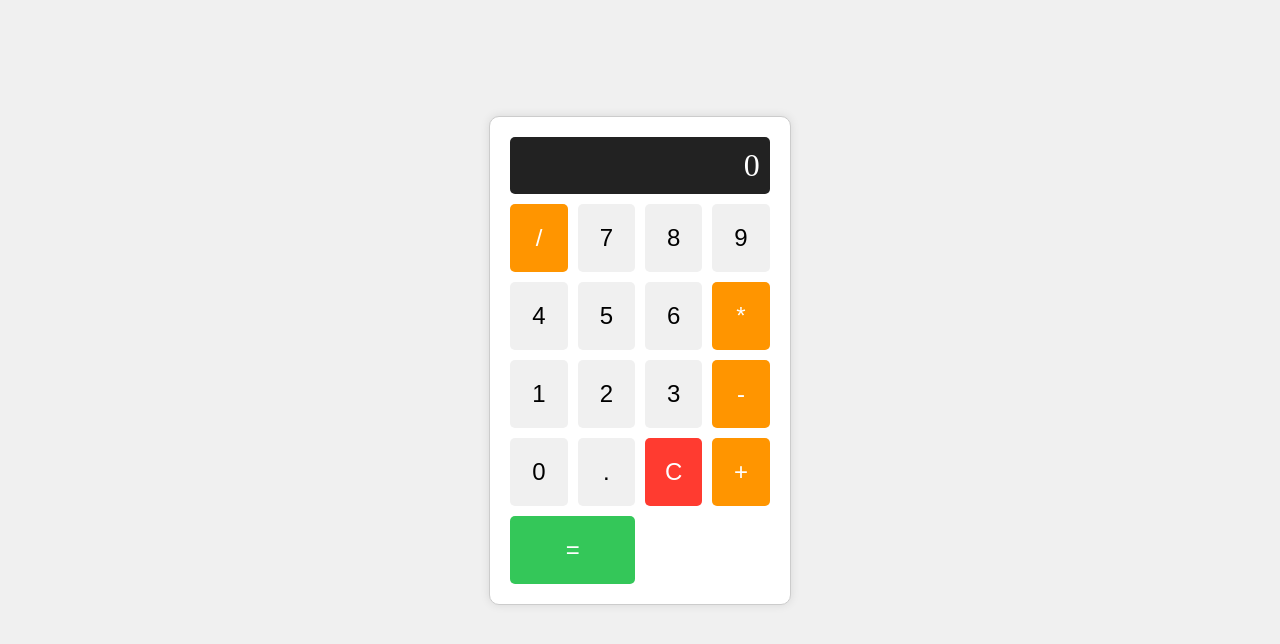
Repository: alizey12/calculator
Page: index.html
The author's editor kept a copy of each file at every save. The page is drawn from the files as they stood at one save, then again after a run of saves.
The browser window is 1280 px wide. The pictures show the whole page.

Above is the page before, as saved 2024-11-23 18:31:45.

### index.html
<!DOCTYPE html>
<html lang="en">
<head>
    <meta charset="UTF-8">
    <meta name="viewport" content="width=device-width, initial-scale=1.0">
    <title>Document</title>
    <link rel="stylesheet" href="styles.css">
</head>
<body>


        <div class="calculator">
            <div class="display" id="display">0</div>
            <div class="buttons">
                <button class="btn operator">/</button>
                <button class="btn">7</button>
                <button class="btn">8</button>
                <button class="btn">9</button>

                <button class="btn">4</button>
                <button class="btn">5</button>
                <button class="btn">6</button>
                <button class="btn operator">*</button>
                <button class="btn">1</button>
                <button class="btn">2</button>
                <button class="btn">3</button>
                <button class="btn operator">-</button>
                <button class="btn">0</button>
                <button class="btn">.</button>
                <button class="btn" id="clear">C</button>
                <button class="btn operator">+</button>
                <button class="btn operator" id="equals">=</button>
            </div>
        </div>


    <script src="script.js"></script>
</body>
</html>

### styles.css
body {
    display: flex;
    justify-content: center;
    align-items: center;
    height: 100vh;
    background-color: #f0f0f0;
    margin: 0;
}

.calculator {
    border: 1px solid #ccc;
    border-radius: 10px;

    padding: 20px;
    background-color: #fff;
    box-shadow: 0 0 10px rgba(0, 0, 0, 0.1);
}

.display {
    font-size: 2em;
    margin-bottom: 10px;
    padding: 10px;

    background-color: #222;
    color: #fff;
    text-align: right;
    border-radius: 5px;
}
#display{
    height: 80%;
}
.buttons {
    display: grid;
    grid-template-columns: repeat(4, 1fr);
    gap: 10px;
}

.btn {
    padding: 20px;
    font-size: 1.5em;
    border: none;
    border-radius: 5px;
    background-color: #f0f0f0;
    cursor: pointer;
}

.btn.operator {
    background-color: #ff9500;
    color: #fff;
}

.btn#clear {
    background-color: #ff3b30;
    color: #fff;
}

.btn#equals {
    grid-column: span 2;
    background-color: #34c759;
    color: #fff;
}

Loaded but not shown: script.js (no copy from this time; the picture is the same without it)

After the next 2 saves:
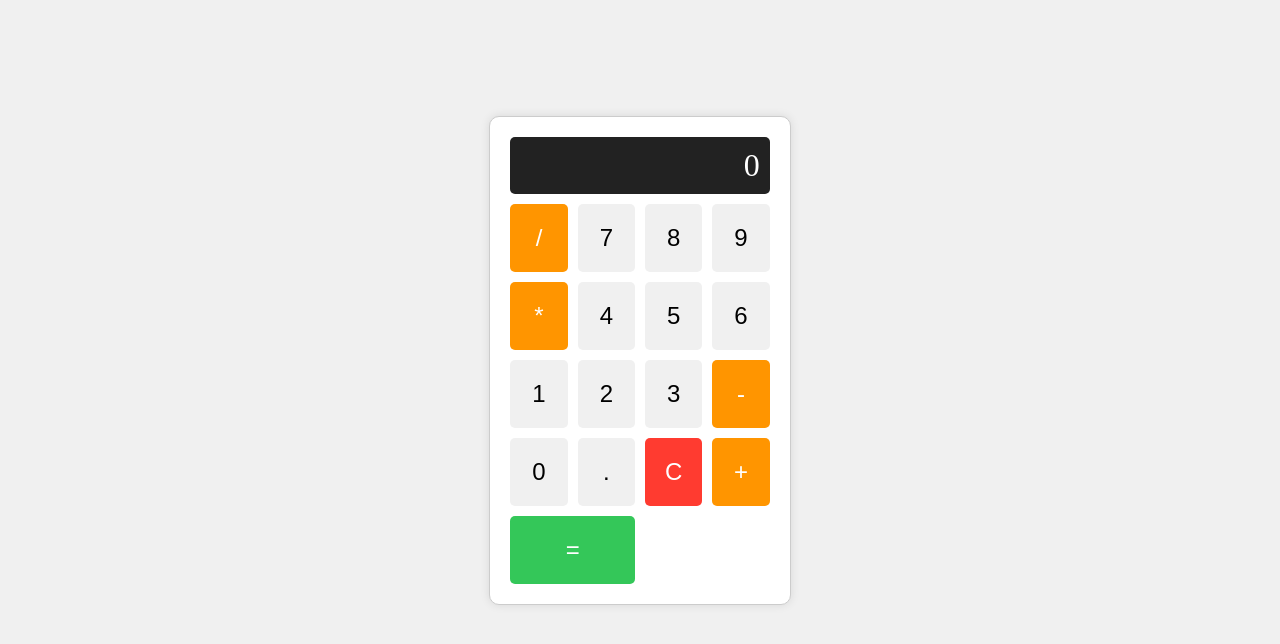
The 2 saves are shown as one change because they came seconds apart.
The last was saved 8 s later.
--- a/index.html
+++ b/index.html
@@ -16,11 +16,11 @@
                 <button class="btn">7</button>
                 <button class="btn">8</button>
                 <button class="btn">9</button>
-
+                <button class="btn operator">*</button>
                 <button class="btn">4</button>
                 <button class="btn">5</button>
                 <button class="btn">6</button>
-                <button class="btn operator">*</button>
+
                 <button class="btn">1</button>
                 <button class="btn">2</button>
                 <button class="btn">3</button>
